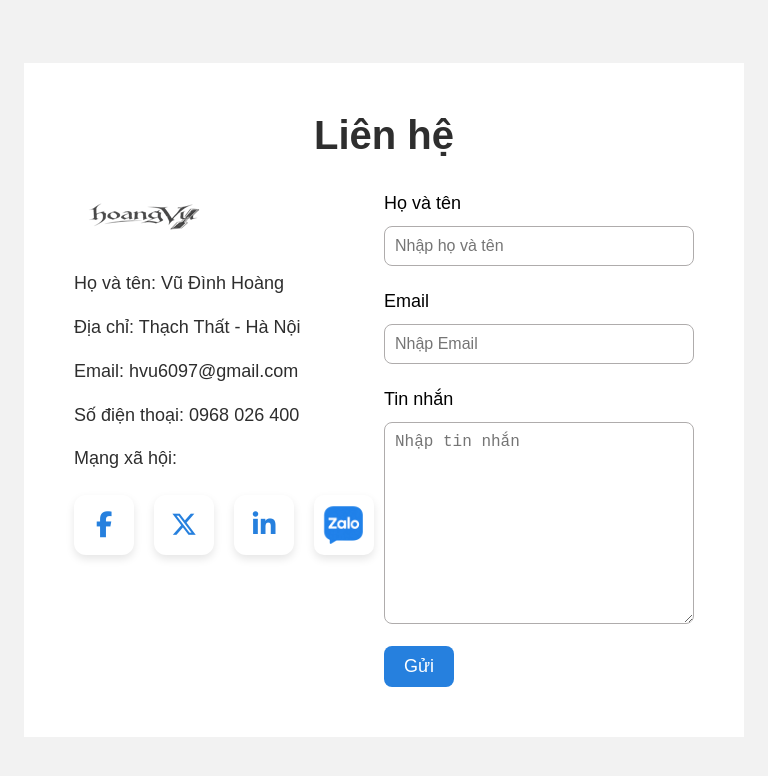
Repository: hoang28092000/portfolio
Page: pages/contact.html
These files come from the project's save history. The page is drawn as it stood at one moment and after a run of saves; the edit follows.
The browser window is 768 px wide. The pictures show the whole page.

Above is the page before, as saved 2025-04-12 01:02:58.

After the next 2 saves:
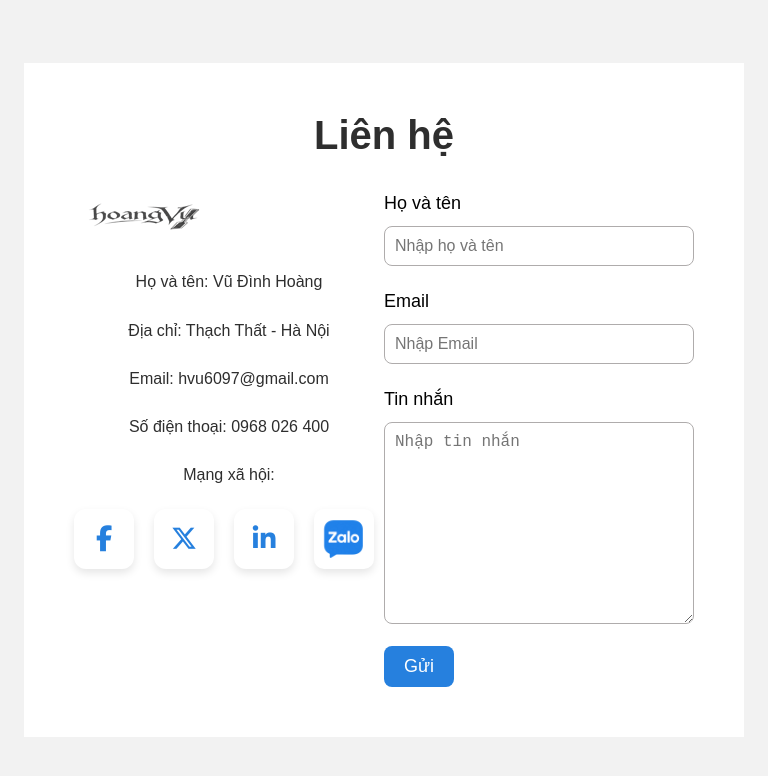
The 2 saves are shown as one change because they came seconds apart.
The last was saved 105 s later.
--- a/css/responsive-pages.css
+++ b/css/responsive-pages.css
@@ -114,6 +114,11 @@
     height: auto;
     border: 1px solid #2e2e2e;
   }
+  .txt-contact{
+    font-size: 1.6rem;
+    margin-bottom: 20px;
+    text-align: center;
+  }
 }
 @media (max-width: 480px) {
   .top-content-about {
